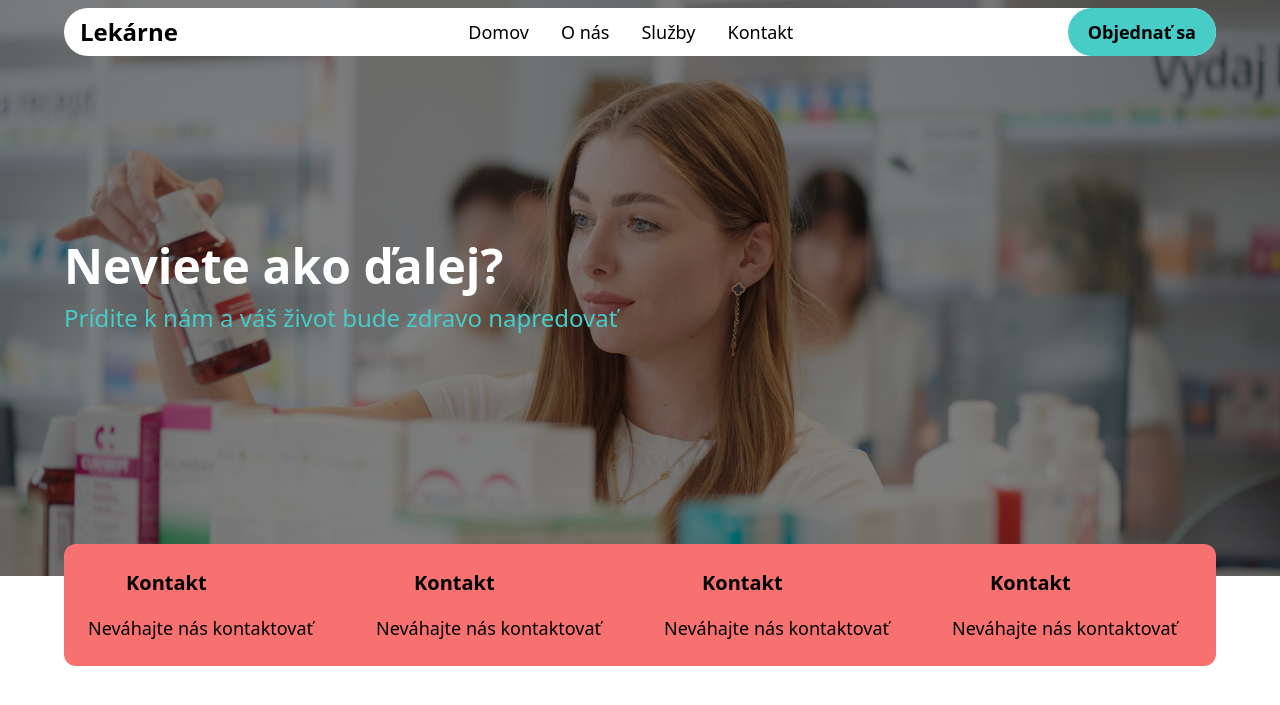
Repository: SimonSkoda13/Lekaren
Page: /
These files come from the project's save history. The page is drawn as it stood at one moment and after the next save; the edit follows.
The browser window is 1280 px wide. The pictures show the whole page.
The project was rebuilt for these pictures with package versions that can differ from the ones it lists, and the page was loaded fresh each time. The framework's server and built-in components were replaced by stand-ins that run in the browser. Also part of the build but not shown: next.config.js.

Above is the page before, as saved 2023-04-22 17:46:09.

### src/app/layout.tsx
import { Header } from "./components/Header/Header";
import "./globals.css";
import { Poppins } from "next/font/google";

export const metadata = {
  title: "Create Next App",
  description: "Generated by create next app",
};

export default function RootLayout({
  children,
}: {
  children: React.ReactNode;
}) {
  return (
    <html lang="en">
      <body className="bg-white min-h-[100vh]">
        <Header />
        <main>{children}</main>
        <footer></footer>
      </body>
    </html>
  );
}

### src/app/page.tsx
import Image from "next/image";
import { Inter } from "next/font/google";
import { HomeHero } from "./components/HomeHero/HomeHero";
import { Contact } from "./components/Contact/Contact";

const inter = Inter({ subsets: ["latin"] });

// page with

export default function Home() {
  return (
    <>
      <HomeHero
        title={"Neviete ako ďalej?"}
        image={"/homeBanner.jpg"}
        description={"Prídite k nám a váš život bude zdravo napredovať"}
      />
      <Contact
        items={[
          {
            title: "Kontakt",
            description: "Neváhajte nás kontaktovať",
            icon: "/contactIcon.svg",
          },
          {
            title: "Kontakt",
            description: "Neváhajte nás kontaktovať",
            icon: "/contactIcon.svg",
          },
          {
            title: "Kontakt",
            description: "Neváhajte nás kontaktovať",
            icon: "/contactIcon.svg",
          },
          {
            title: "Kontakt",
            description: "Neváhajte nás kontaktovať",
            icon: "/contactIcon.svg",
          },
        ]}
      />
    </>
  );
}

### src/app/components/Header/Header.tsx
import Link from "next/link";
import React from "react";

export interface HeaderProps {}

export const Header = (props: HeaderProps) => {
  const {} = props;
  return (
    <header className="cntn fixed w-full top-2 z-10">
      <div className="flex bg-white rounded-full">
        <h1 className="py-2 px-4 text-2xl font-bold">Lekárne</h1>
        <div className="py-2 px-4 flex gap-8 items-center mx-auto text-lg font-medium">
          <Link href="/">Domov</Link>
          <Link href="/onas">O nás</Link>
          <Link href="/sluzby">Služby</Link>
          <Link href="/kontakt">Kontakt</Link>
        </div>
        {/* button order self */}
        <div className="flex justify-center items-center px-5 p-0 bg-primary rounded-full text-lg font-bold">
          <Link href="/order">Objednať sa</Link>
        </div>
      </div>
    </header>
  );
};

### src/app/globals.css
@tailwind base;
@tailwind components;
@tailwind utilities;

@layer components {
  .cntn {
    @apply mx-auto px-4  max-w-screen-xl md:px-16;
  }
}

### src/app/components/HomeHero/HomeHero.tsx
import Image from "next/image";
import React from "react";
import { ImageGradient } from "./ImageGradient/ImageGradient";

export interface HomeHeroProps {
  title: string;
  image: string;
  description: string;
}

export const HomeHero = (props: HomeHeroProps) => {
  const { title, image, description } = props;
  return (
    <section className="relative h-[80vh] z-0 px-0">
      <div className="w-full h-full absolute left-0 top-0 ">
        {/* make filter for image to odd brightness from top biggest to bottom lowest */}
        <ImageGradient>
          <Image
            src={image}
            alt="Next.js logo"
            fill
            style={{
              objectFit: "cover",
              objectPosition: "center",
            }}
          />
        </ImageGradient>
      </div>
      <div className="cntn relative gap-3 h-full flex justify-center flex-wrap flex-col z-10">
        <h1 className="text-5xl font-bold text-white">{title}</h1>
        <p className="text-2xl text-primary">{description}</p>
      </div>
    </section>
  );
};

### src/app/components/Contact/Contact.tsx
import { Phone } from "lucide-react";
import Image from "next/image";
import React from "react";

export interface ContactProps {
  items?: {
    title: string;
    description: string;
    icon: string;
  }[];
}

export const Contact = (props: ContactProps) => {
  const { items } = props;
  return (
    <section className="cntn z-10 relative top-[-2rem]">
      <div className="w-full grid grid-cols-2 md:grid-cols-4 items-start bg-red-400 rounded-xl">
        {items?.map((item) => (
          <div className="flex flex-col items-start gap-4 p-6">
            {/* <Image
            src={item.icon}
            alt={"contactIcon" + item.title}
            width={100}
            height={100}
          /> */}
            <div className="flex flex-row gap-2 items-center">
              <Phone size={30} color="primary" />
              <h2 className="text-xl font-bold">{item.title}</h2>
            </div>
            <p className="text-lg font-medium">{item.description}</p>
          </div>
        ))}
      </div>
    </section>
  );
};

### src/app/components/HomeHero/ImageGradient/ImageGradient.tsx
import React from "react";

export interface ImageGradientProps {
  children: React.ReactNode;
}

export const ImageGradient = (props: ImageGradientProps) => {
  const { children } = props;
  return (
    <div className="relative w-full h-full brightness-50 overflow-hidden z-10">
      <div className="absolute inset-0 z-10"></div>
      {children}
    </div>
  );
};

### tailwind.config.js
/** @type {import('tailwindcss').Config} */
module.exports = {
  content: [
    "./src/pages/**/*.{js,ts,jsx,tsx,mdx}",
    "./src/components/**/*.{js,ts,jsx,tsx,mdx}",
    "./src/app/**/*.{js,ts,jsx,tsx,mdx}",
  ],
  theme: {
    extend: {
      colors: {
        primary: "#47CCC8",
        secondary: "#2D3663",
      },
    },
  },
  plugins: [],
};

Loaded but not shown: src/app/api/hello/route.ts (common file)

After the next save:
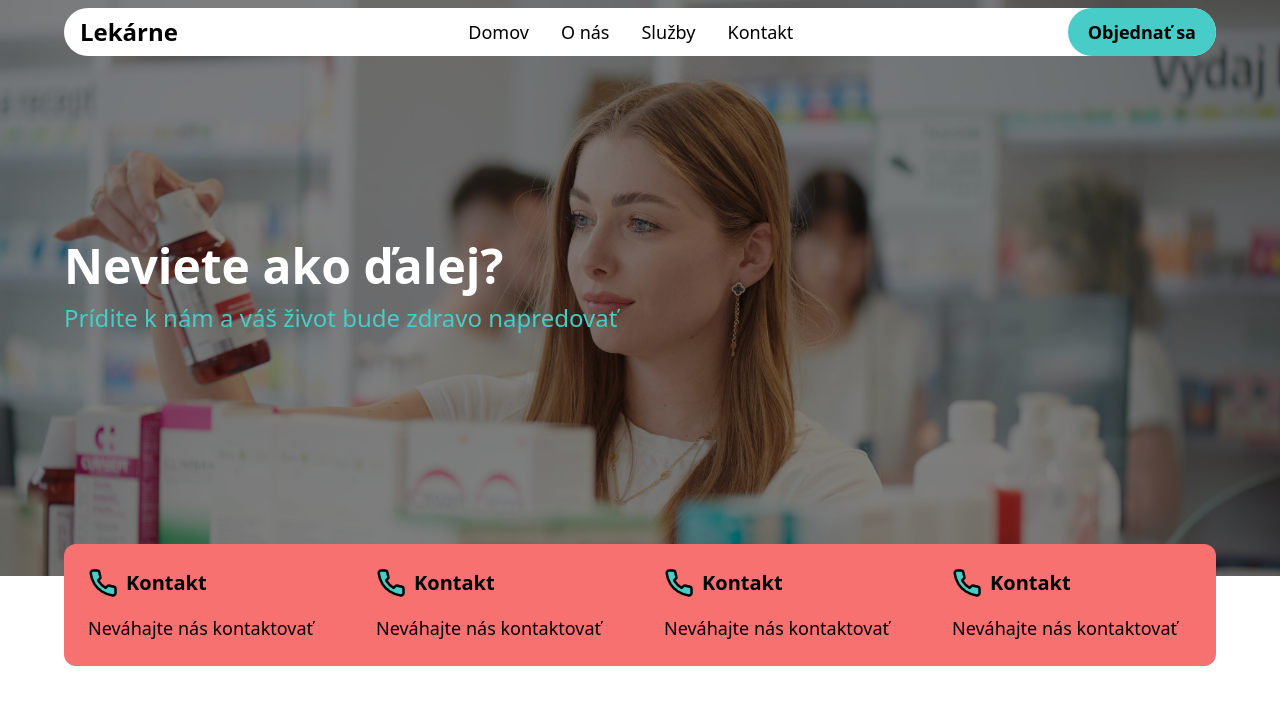
Saved 66 s later.
--- a/src/app/components/Contact/Contact.tsx
+++ b/src/app/components/Contact/Contact.tsx
@@ -24,7 +24,7 @@ export const Contact = (props: ContactProps) => {
             height={100}
           /> */}
             <div className="flex flex-row gap-2 items-center">
-              <Phone size={30} color="primary" />
+              <Phone size={30} className="fill-primary" />
               <h2 className="text-xl font-bold">{item.title}</h2>
             </div>
             <p className="text-lg font-medium">{item.description}</p>
